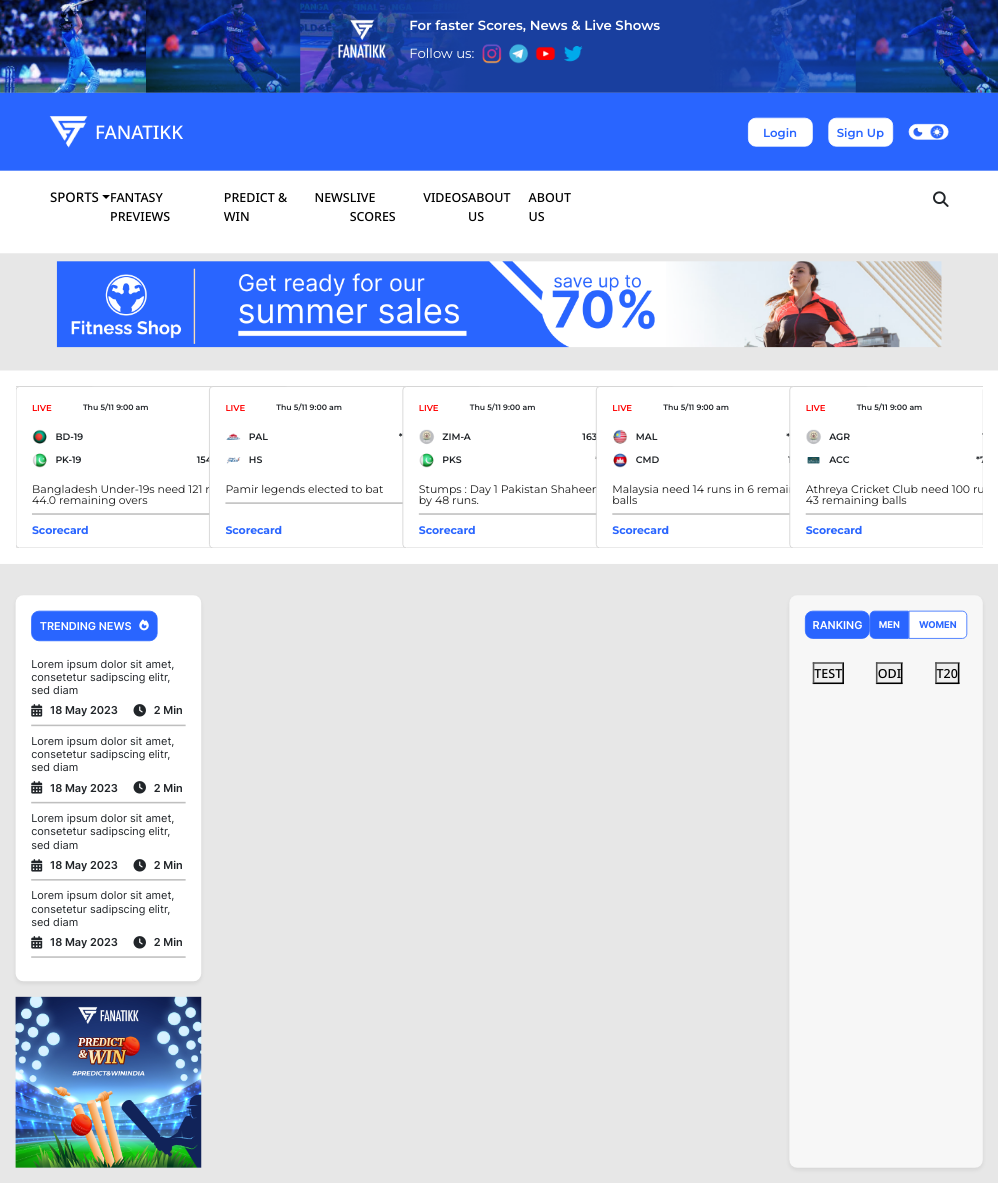
Repository: FlyweisReact/Kannapa
Page: /
The author's editor kept a copy of each file at every save. The page is drawn from the files as they stood at one save, then again after the next save.
The browser window is 1280 px wide. The pictures show the whole page, at 78% of full size.
Some web libraries are served in a nearby version. The project was rebuilt for these pictures with package versions that can differ from the ones it lists, and the page was loaded fresh each time. Also part of the build but not shown: src/Components/Layout/Footer.js, src/Components/Sliders/Index-video-Slider.js, src/Components/firstScreen.jsx, src/Components/secondScreen.jsx, src/Components/thirdScreen.jsx, src/Components/fourthScreen.jsx, src/CSS/Footer.css.

Above is the page before, as saved 2023-06-03 16:07:50.

After the next save:
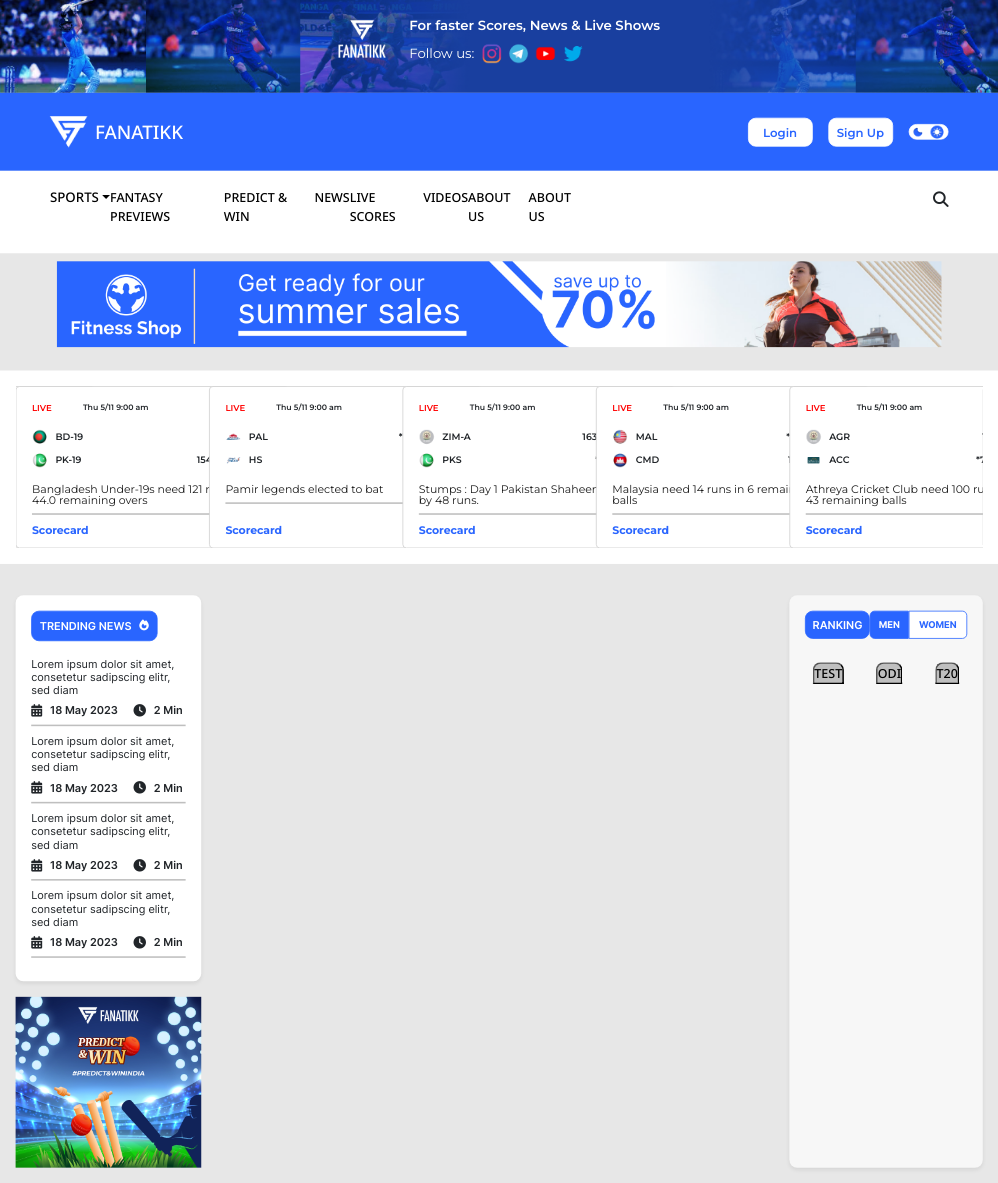
Saved 4 s later.
--- a/src/CSS/Component.css
+++ b/src/CSS/Component.css
@@ -437,5 +437,6 @@
   padding: 10px;
 }
 .Index_Three_Sec_Layout .Right_Comp  .Three_Button button{
-
-}
+  background: #BFBFBF;
+border-radius: 10px 10px 0px 0px;
+}
